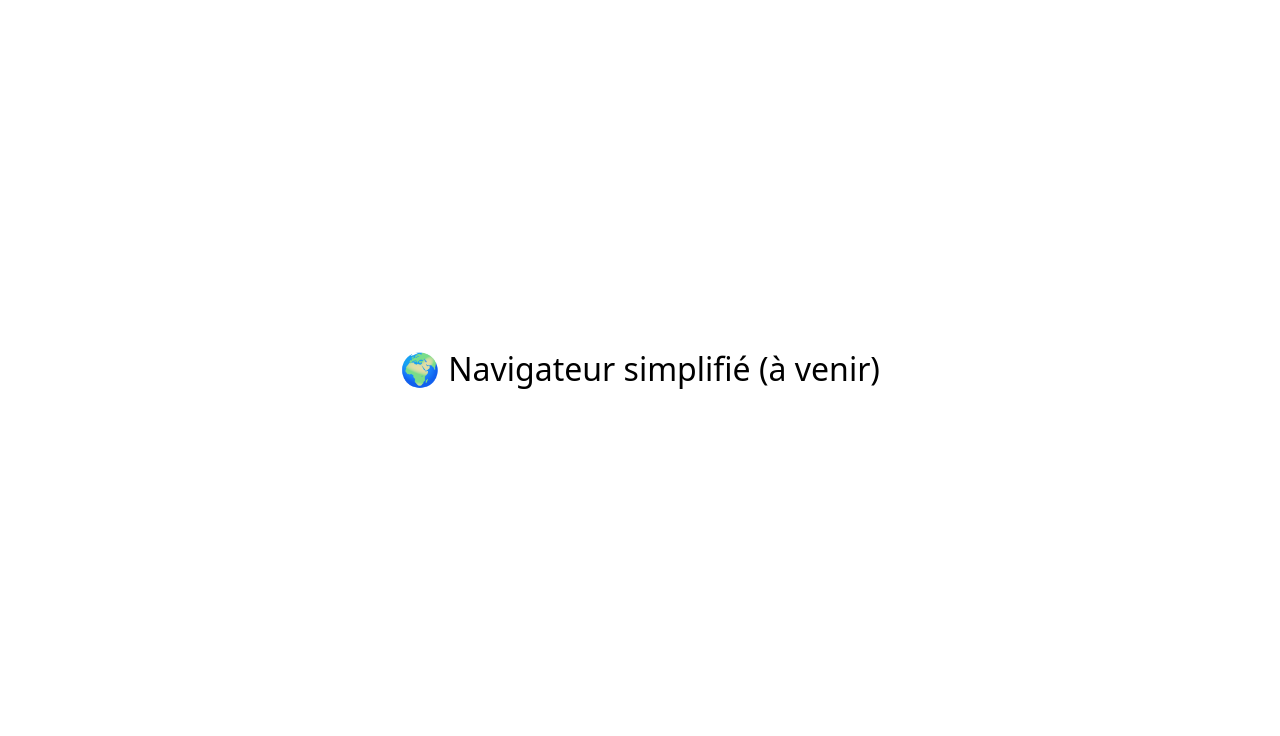
Repository: nlagardere/OpenHand
Page: apps/internet/index.html
An editor plug-in stored every save of this project. The page is shown before and after the next save, followed by the edit.
The browser window is 1280 px wide. The pictures show the whole page.

Above is the page before, as saved 2026-01-28 18:12:54.

### apps/internet/index.html
<!DOCTYPE html>
<html lang="fr">
<head>
<meta charset="UTF-8">
<title>Internet</title>
<style>
body {
  font-family: system-ui;
  display: flex;
  justify-content: center;
  align-items: center;
  height: 100vh;
  font-size: 2rem;
}
</style>
</head>
<body>
🌍 Navigateur simplifié (à venir)
</body>
</html>

After the next save:
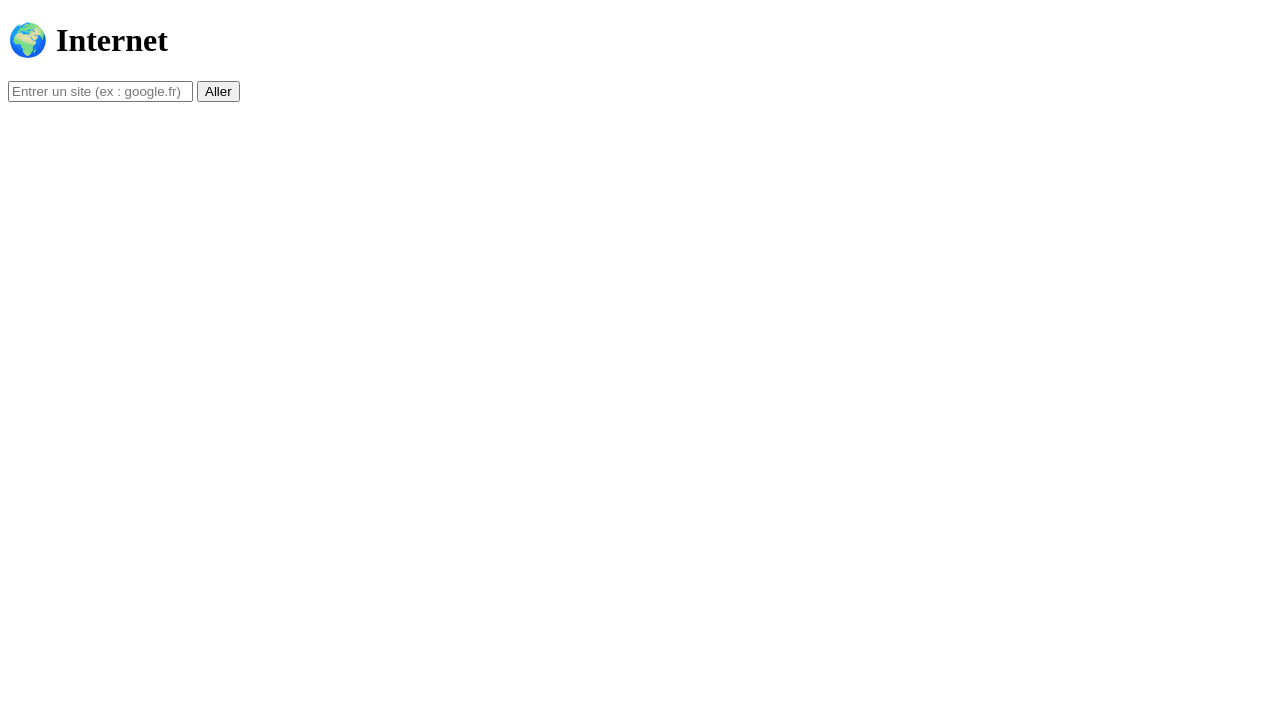
Saved 17 s later.
--- a/apps/internet/index.html
+++ b/apps/internet/index.html
@@ -3,18 +3,21 @@
 <head>
 <meta charset="UTF-8">
 <title>Internet</title>
-<style>
-body {
-  font-family: system-ui;
-  display: flex;
-  justify-content: center;
-  align-items: center;
-  height: 100vh;
-  font-size: 2rem;
-}
-</style>
+<link rel="stylesheet" href="app.css">
 </head>
 <body>
-🌍 Navigateur simplifié (à venir)
+
+<h1>🌍 Internet</h1>
+
+<input id="url" placeholder="Entrer un site (ex : google.fr)">
+<button onclick="go()">Aller</button>
+
+<script>
+function go() {
+  const url = document.getElementById("url").value;
+  if (url) location.href = "https://" + url;
+}
+</script>
+
 </body>
 </html>
